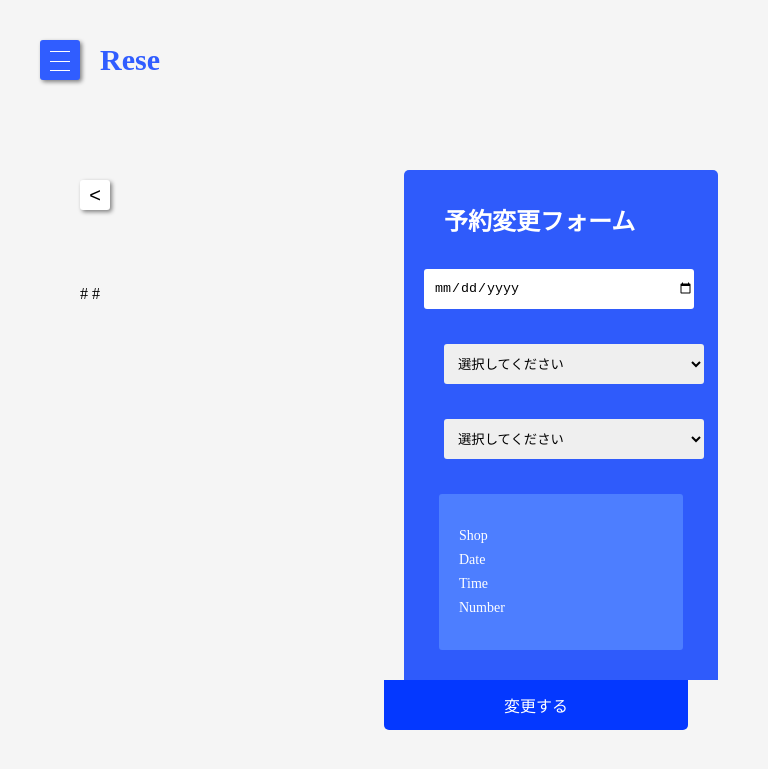
Repository: Haruka-Wada/Rese
Page: src/resources/views/edit.blade.php
The author's editor kept a copy of each file at every save. The page is drawn from the files as they stood at one save, then again after a run of saves.
The browser window is 768 px wide. The pictures show the whole page.
The page is served by the project's Laravel application, run on PHP 8.4 with Laravel 8. The template is opened directly, without the code that normally fills it, so the values that code supplies are empty.

Above is the page before, as saved 2024-11-19 15:39:04.

After the next 2 saves:
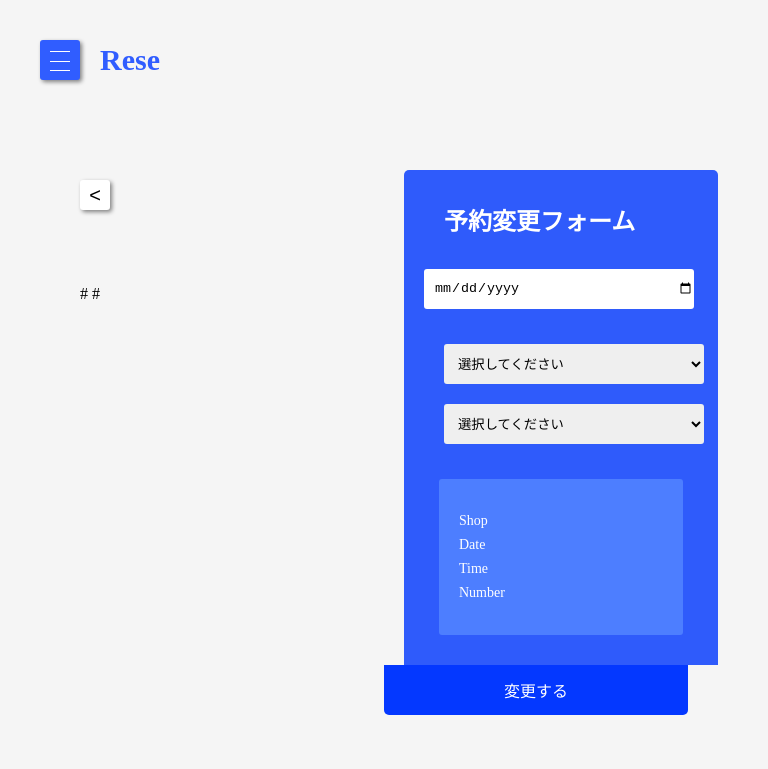
The 2 saves are shown as one change because they came seconds apart.
The last was saved 8 s later.
--- a/src/public/css/edit.css
+++ b/src/public/css/edit.css
@@ -173,7 +173,7 @@
         width: 95%;
     }
 
-    .res
+    .reservation__time, rese
 
     .update__button {
         margin: 0 20px;
